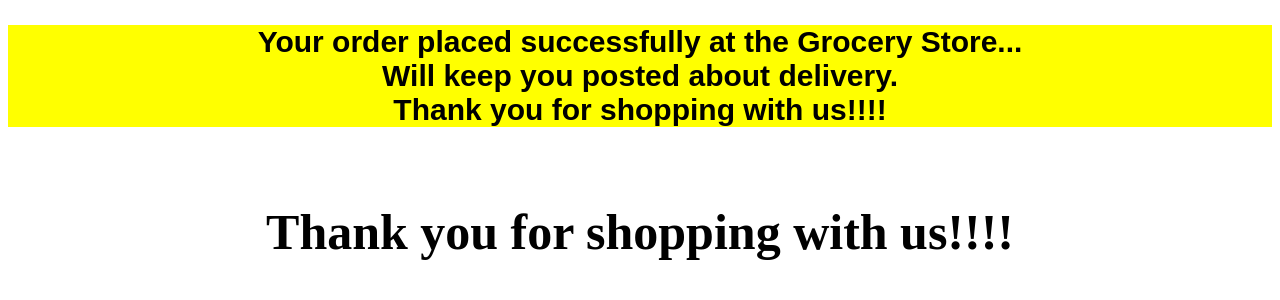
Repository: pournimapatil27/GroceryStoreMicroservice
Page: StoreLogin/src/main/resources/static/store.html
An editor plug-in stored every save of this project. The page is shown before and after the next save, followed by the edit.
The browser window is 1280 px wide. The pictures show the whole page.

Above is the page before, as saved 2021-12-03 09:07:44.

### StoreLogin/src/main/resources/static/store.html
<?xml version="1.0" encoding="UTF-8"?>
<!DOCTYPE html PUBLIC "-//W3C//DTD XHTML 1.0 Transitional//EN"
"http://www.w3.org/TR/xhtml1/DTD/xhtml1-transitional.dtd">
<html xmlns="http://www.w3.org/1999/xhtml"
      xmlns:h="http://java.sun.com/jsf/html">
   <h:head>
      <title>Welcome to Grocery Store</title>
   </h:head>
   <h:body>
      <h2 style="background-color:yellow;font-family:'Arial';font-size:30px;text-align: center">Your order placed successfully at the Grocery Store...<br>Will keep you posted about delivery.<br> Thank you for shopping with us!!!!</h2>
 <BR>
  <h1 style="background-color:light-Green;font-family:'Jockerman';font-size:50px;text-align: center">Thank you for shopping with us!!!!</h1>
   </h:body>
</html>

After the next save:
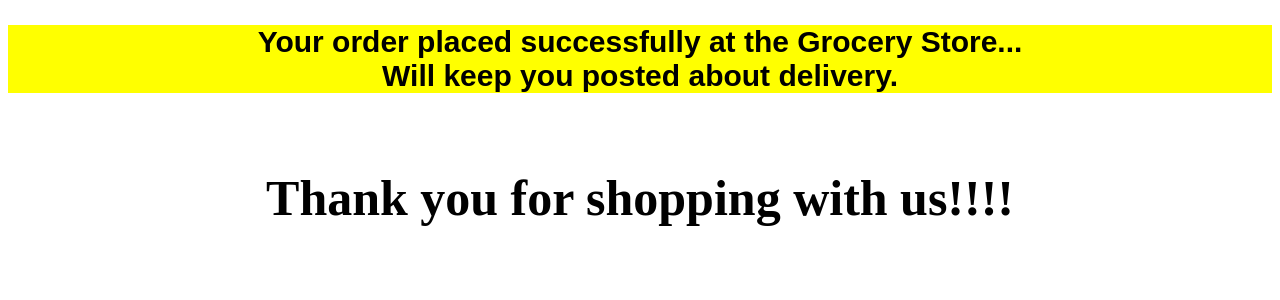
Saved 12 s later.
--- a/StoreLogin/src/main/resources/static/store.html
+++ b/StoreLogin/src/main/resources/static/store.html
@@ -7,8 +7,8 @@
       <title>Welcome to Grocery Store</title>
    </h:head>
    <h:body>
-      <h2 style="background-color:yellow;font-family:'Arial';font-size:30px;text-align: center">Your order placed successfully at the Grocery Store...<br>Will keep you posted about delivery.<br> Thank you for shopping with us!!!!</h2>
- <BR>
+      <h2 style="background-color:yellow;font-family:'Arial';font-size:30px;text-align: center">Your order placed successfully at the Grocery Store...<br>Will keep you posted about delivery.<br></h2>
+ <br>
   <h1 style="background-color:light-Green;font-family:'Jockerman';font-size:50px;text-align: center">Thank you for shopping with us!!!!</h1>
    </h:body>
 </html>
